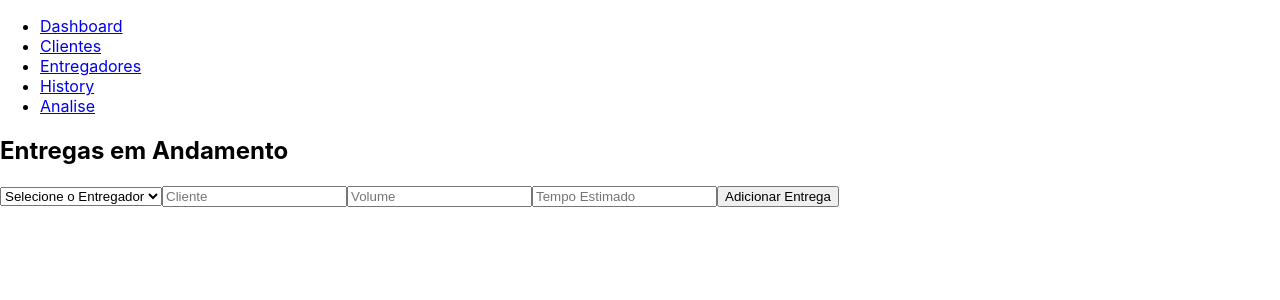
Repository: feliperanon/gestao-entregas
Page: /dashboard (app in frontend/)
The author's editor kept a copy of each file at every save. The page is drawn from the files as they stood at one save, then again after the next save.
The browser window is 1280 px wide. The pictures show the whole page.
The page's requests for data from a server got no answer. The project was rebuilt for these pictures with package versions that can differ from the ones it lists, and the page was loaded fresh each time. No one was signed in, and anything a server would have sent is missing. Also part of the build but not shown: frontend/src/pages/Clientes.js, frontend/src/pages/Entregadores.js, frontend/src/pages/History.js, frontend/src/pages/Analise.js, frontend/src/pages/Login.js.

Above is the page before, as saved 2024-06-30 11:21:55.

### frontend/src/App.js
import React from 'react';
import { BrowserRouter as Router, Route, Routes, Link, useLocation } from 'react-router-dom';
import Dashboard from './pages/Dashboard';
import Clientes from './pages/Clientes';
import Entregadores from './pages/Entregadores';
import History from './pages/History';
import Analise from './pages/Analise';
import Login from './pages/Login';

const Navigation = () => {
  const location = useLocation();
  return (
    location.pathname !== '/login' && (
      <nav>
        <ul>
          <li><Link to="/dashboard">Dashboard</Link></li>
          <li><Link to="/clientes">Clientes</Link></li>
          <li><Link to="/entregadores">Entregadores</Link></li>
          <li><Link to="/history">History</Link></li>
          <li><Link to="/analise">Analise</Link></li>
        </ul>
      </nav>
    )
  );
};

const App = () => {
  return (
    <Router>
      <div>
        <Navigation />
        <Routes>
          <Route path="/dashboard" element={<Dashboard />} />
          <Route path="/clientes" element={<Clientes />} />
          <Route path="/entregadores" element={<Entregadores />} />
          <Route path="/history" element={<History />} />
          <Route path="/analise" element={<Analise />} />
          <Route path="/login" element={<Login />} />
        </Routes>
      </div>
    </Router>
  );
};

export default App;

### frontend/src/pages/Dashboard.js
import React, { useState, useEffect } from 'react';
import api from '../services/api';

const Dashboard = () => {
  const [entregas, setEntregas] = useState([]);
  const [entregadores, setEntregadores] = useState([]);
  const [form, setForm] = useState({ nomeEntregador: '', cliente: '', volume: '', status: 'Em andamento', tempoEstimado: '' });

  useEffect(() => {
    const fetchEntregas = async () => {
      try {
        const token = localStorage.getItem('token');
        const response = await api.get('/entregas', {
          headers: { Authorization: `Bearer ${token}` }
        });
        setEntregas(response.data.filter(entrega => entrega.status === 'Em andamento').map(entrega => ({
          ...entrega,
          tempoDecorrido: calculateTempoDecorrido(entrega.dataInicio)
        })));
      } catch (error) {
        console.error('Error fetching entregas:', error);
      }
    };

    const fetchEntregadores = async () => {
      try {
        const token = localStorage.getItem('token');
        const response = await api.get('/entregadores', {
          headers: { Authorization: `Bearer ${token}` }
        });
        setEntregadores(response.data);
      } catch (error) {
        console.error('Error fetching entregadores:', error);
      }
    };

    fetchEntregas();
    fetchEntregadores();

    const intervalId = setInterval(() => {
      setEntregas((prevEntregas) =>
        prevEntregas.map((entrega) => ({
          ...entrega,
          tempoDecorrido: calculateTempoDecorrido(entrega.dataInicio)
        }))
      );
    }, 60000); // Atualiza a cada minuto

    return () => clearInterval(intervalId); // Limpa o intervalo quando o componente desmonta
  }, []);

  const calculateTempoDecorrido = (dataInicio) => {
    const now = new Date();
    const inicio = new Date(dataInicio);
    const diffInMinutes = Math.floor((now - inicio) / 60000); // Calcula a diferença em minutos
    return diffInMinutes;
  };

  const handleChange = (e) => {
    setForm({ ...form, [e.target.name]: e.target.value });
  };

  const handleSubmit = async (e) => {
    e.preventDefault();
    try {
      const token = localStorage.getItem('token');
      const novaEntrega = {
        ...form,
        dataInicio: new Date().toISOString() // Adiciona a data e hora de início
      };
      const response = await api.post('/entregas', novaEntrega, {
        headers: { Authorization: `Bearer ${token}` }
      });
      setEntregas([...entregas, { ...response.data, tempoDecorrido: 0 }]);
      setForm({ nomeEntregador: '', cliente: '', volume: '', status: 'Em andamento', tempoEstimado: '' });
    } catch (error) {
      console.error('Error adding entrega:', error);
    }
  };

  const handleFinalize = async (id) => {
    try {
      const token = localStorage.getItem('token');
      await api.put(`/entregas/${id}`, { status: 'Finalizada' }, {
        headers: { Authorization: `Bearer ${token}` }
      });
      setEntregas(entregas.filter(entrega => entrega._id !== id));
    } catch (error) {
      console.error('Error finalizing entrega:', error);
    }
  };

  return (
    <div>
      <h2>Entregas em Andamento</h2>
      <form onSubmit={handleSubmit}>
        <select name="nomeEntregador" value={form.nomeEntregador} onChange={handleChange} required>
          <option value="">Selecione o Entregador</option>
          {entregadores.map((entregador) => (
            <option key={entregador._id} value={entregador.nome}>{entregador.nome}</option>
          ))}
        </select>
        <input name="cliente" value={form.cliente} onChange={handleChange} placeholder="Cliente" required />
        <input name="volume" value={form.volume} onChange={handleChange} placeholder="Volume" required />
        <input name="tempoEstimado" value={form.tempoEstimado} onChange={handleChange} placeholder="Tempo Estimado" required />
        <button type="submit">Adicionar Entrega</button>
      </form>
      <ul>
        {entregas.map((entrega) => (
          <li key={entrega._id}>
            <span>{entrega.nomeEntregador} - {entrega.cliente} - {entrega.volume} - {entrega.status} - {entrega.tempoEstimado} minutos - Tempo Em Andamento: {entrega.tempoDecorrido} minutos</span>
            <button onClick={() => handleFinalize(entrega._id)}>Finalizar Entrega</button>
          </li>
        ))}
      </ul>
    </div>
  );
};

export default Dashboard;

### frontend/src/services/api.js
import axios from 'axios';

const api = axios.create({
  baseURL: 'http://localhost:5003', // Alterado para a porta 5003
});

export default api;

Loaded but not shown: frontend/public/index.html (common file); frontend/src/index.js (common file); frontend/src/index.css (common file); frontend/src/reportWebVitals.js (common file)

After the next save:
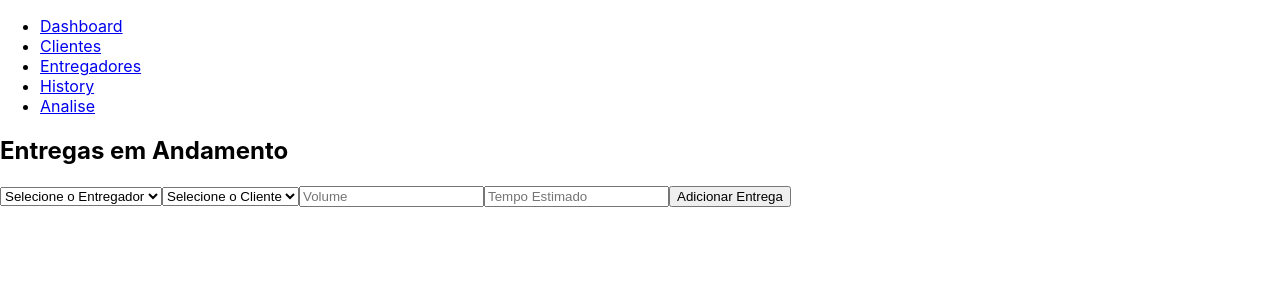
Saved 2 min 18 s later.
--- a/frontend/src/pages/Dashboard.js
+++ b/frontend/src/pages/Dashboard.js
@@ -4,6 +4,7 @@ import api from '../services/api';
 const Dashboard = () => {
   const [entregas, setEntregas] = useState([]);
   const [entregadores, setEntregadores] = useState([]);
+  const [clientes, setClientes] = useState([]);
   const [form, setForm] = useState({ nomeEntregador: '', cliente: '', volume: '', status: 'Em andamento', tempoEstimado: '' });
 
   useEffect(() => {
@@ -34,8 +35,21 @@ const Dashboard = () => {
       }
     };
 
+    const fetchClientes = async () => {
+      try {
+        const token = localStorage.getItem('token');
+        const response = await api.get('/clientes', {
+          headers: { Authorization: `Bearer ${token}` }
+        });
+        setClientes(response.data);
+      } catch (error) {
+        console.error('Error fetching clientes:', error);
+      }
+    };
+
     fetchEntregas();
     fetchEntregadores();
+    fetchClientes();
 
     const intervalId = setInterval(() => {
       setEntregas((prevEntregas) =>
@@ -100,7 +114,12 @@ const Dashboard = () => {
             <option key={entregador._id} value={entregador.nome}>{entregador.nome}</option>
           ))}
         </select>
-        <input name="cliente" value={form.cliente} onChange={handleChange} placeholder="Cliente" required />
+        <select name="cliente" value={form.cliente} onChange={handleChange} required>
+          <option value="">Selecione o Cliente</option>
+          {clientes.map((cliente) => (
+            <option key={cliente._id} value={cliente.nome}>{cliente.nome}</option>
+          ))}
+        </select>
         <input name="volume" value={form.volume} onChange={handleChange} placeholder="Volume" required />
         <input name="tempoEstimado" value={form.tempoEstimado} onChange={handleChange} placeholder="Tempo Estimado" required />
         <button type="submit">Adicionar Entrega</button>
